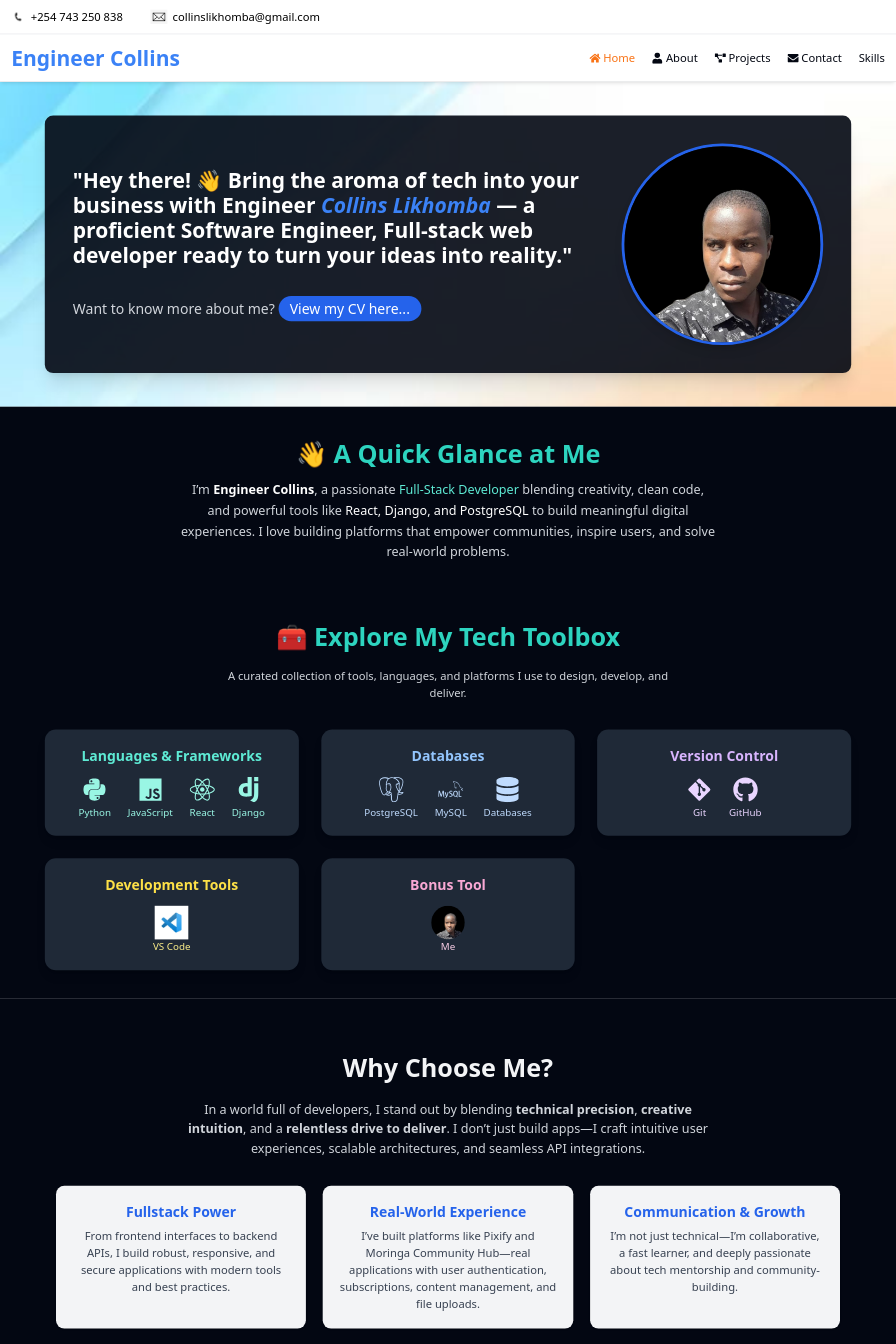
Repository: Engineer-collo/Portfolio
Page: /
The author's editor kept a copy of each file at every save. The page is drawn from the files as they stood at one save, then again after a run of saves.
The browser window is 1280 px wide. The pictures show the part of the page from y = 0 to 1920 px (the page is 2574 px tall), at 70% of full size.
The project was rebuilt for these pictures with package versions that can differ from the ones it lists, and the page was loaded fresh each time. Also part of the build but not shown: vite.config.js, src/pages/About.jsx, src/pages/Projects.jsx, src/pages/Contact.jsx, src/pages/Blog.jsx, src/pages/Skills.jsx.

Above is the page before, as saved 2025-06-10 19:37:00.

After the next 3 saves:
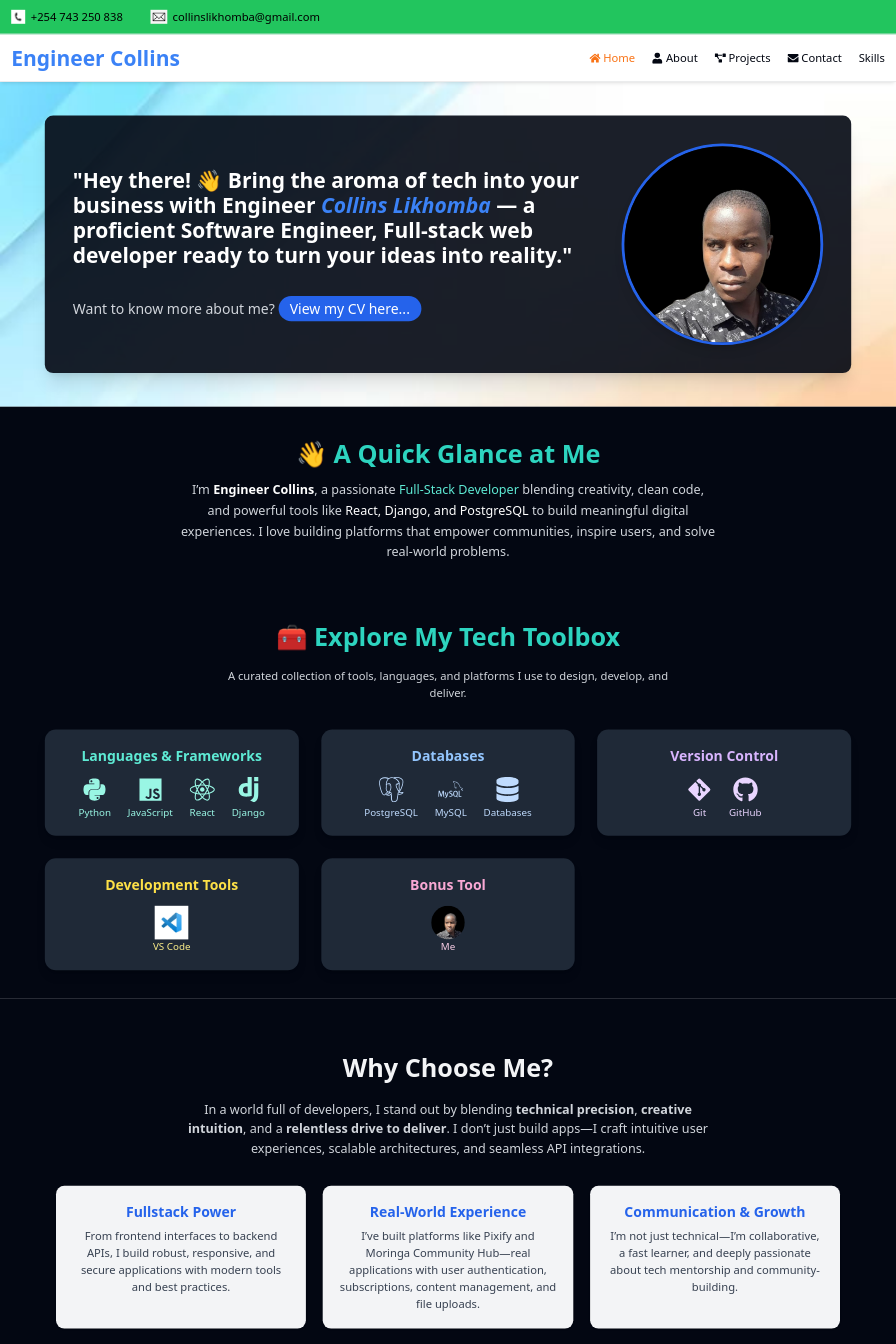
The 3 saves are shown as one change because they came seconds apart.
The last was saved 10 s later.
--- a/src/components/Navbar.jsx
+++ b/src/components/Navbar.jsx
@@ -9,7 +9,7 @@ const Navbar = () => {
   return (
     <header className="bg-white shadow-md relative z-50">
       {/* Top Contact Info */}
-      <div className=" text-sm md:text-base py-3 px-4 flex flex-wrap items-center gap-4 md:gap-10 border-b border-gray-200">
+      <div className=" bg-green-500 text-sm md:text-base py-3 px-4 flex flex-wrap items-center gap-4 md:gap-10 border-b border-gray-200">
         <div className=" flex items-center gap-2">
           <img className="h-5" src="/call.png" alt="Call Icon" />
           <a target="_blank" rel="noopener noreferrer" href="tel:+254743250838" className="text-black hover:underline">
